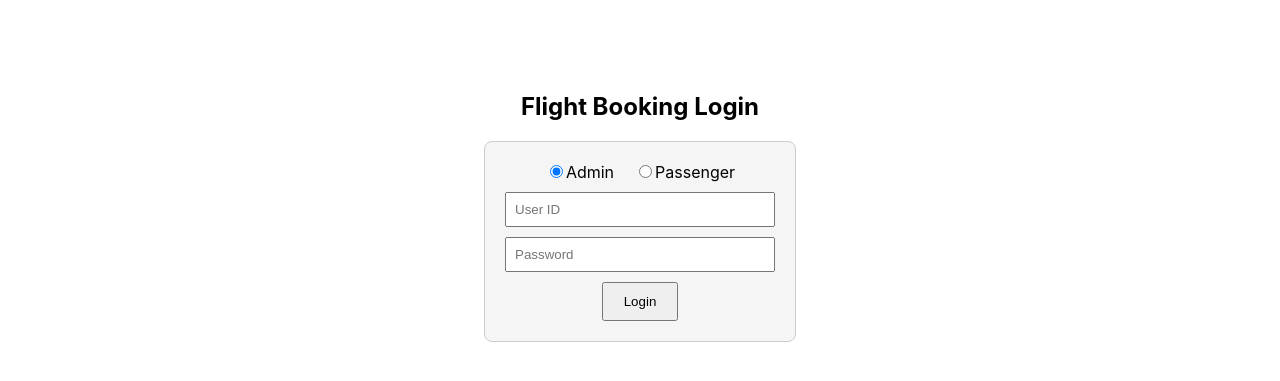
Repository: Shenes35/Booking-system
Page: / (app in frontend/)
The author's editor kept a copy of each file at every save. The page is drawn from the files as they stood at one save, then again after a run of saves.
The browser window is 1280 px wide. The pictures show the whole page.
The project was rebuilt for these pictures with package versions that can differ from the ones it lists, and the page was loaded fresh each time.

Above is the page before, as saved 2025-05-19 09:52:36.

### frontend/src/index.js
import React from 'react';
import ReactDOM from 'react-dom/client';
import './index.css';
import App from './App.jsx';       // ONLY one import of App
import reportWebVitals from './reportWebVitals';

const root = ReactDOM.createRoot(document.getElementById('root'));
root.render(
  <React.StrictMode>
    <App />
  </React.StrictMode>
);

reportWebVitals();

### frontend/src/App.jsx
import React, { useState } from 'react';
import LoginPage from './components/LoginPage';

const App = () => {
  const [userRole, setUserRole] = useState(null);

  if (!userRole) {
    return <LoginPage setUserRole={setUserRole} />;
  }

  return (
    <div>
      <h1>Welcome, {userRole}!</h1>
      {/* Add more UI or navigation here */}
    </div>
  );
};

export default App;

### frontend/src/components/LoginPage.jsx
import React, { useState } from 'react';

const LoginPage = ({ setUserRole }) => {
  const [role, setRole] = useState('admin');
  const [userId, setUserId] = useState('');
  const [password, setPassword] = useState('');

  const handleSubmit = (e) => {
    e.preventDefault();
    if (!userId || !password) {
      alert('Please enter User ID and Password');
      return;
    }
    setUserRole(role);
  };

  return (
    <div style={{ textAlign: 'center', paddingTop: '10vh' }}>
      <h2>Flight Booking Login</h2>
      <form onSubmit={handleSubmit} style={{ display: 'inline-block', padding: '20px', border: '1px solid #ccc', borderRadius: '8px', backgroundColor: '#f5f5f5' }}>
        <div>
          <label>
            <input type="radio" value="admin" checked={role === 'admin'} onChange={() => setRole('admin')} />
            Admin
          </label>
          <label style={{ marginLeft: '20px' }}>
            <input type="radio" value="passenger" checked={role === 'passenger'} onChange={() => setRole('passenger')} />
            Passenger
          </label>
        </div>
        <input
          type="text"
          placeholder="User ID"
          value={userId}
          onChange={(e) => setUserId(e.target.value)}
          style={{ display: 'block', margin: '10px 0', padding: '8px', width: '250px' }}
        />
        <input
          type="password"
          placeholder="Password"
          value={password}
          onChange={(e) => setPassword(e.target.value)}
          style={{ display: 'block', margin: '10px 0', padding: '8px', width: '250px' }}
        />
        <button type="submit" style={{ padding: '10px 20px' }}>Login</button>
      </form>
    </div>
  );
};

export default LoginPage;

Loaded but not shown: frontend/public/index.html (common file); frontend/src/index.css (common file); frontend/src/reportWebVitals.js (common file)

After the next 2 saves:
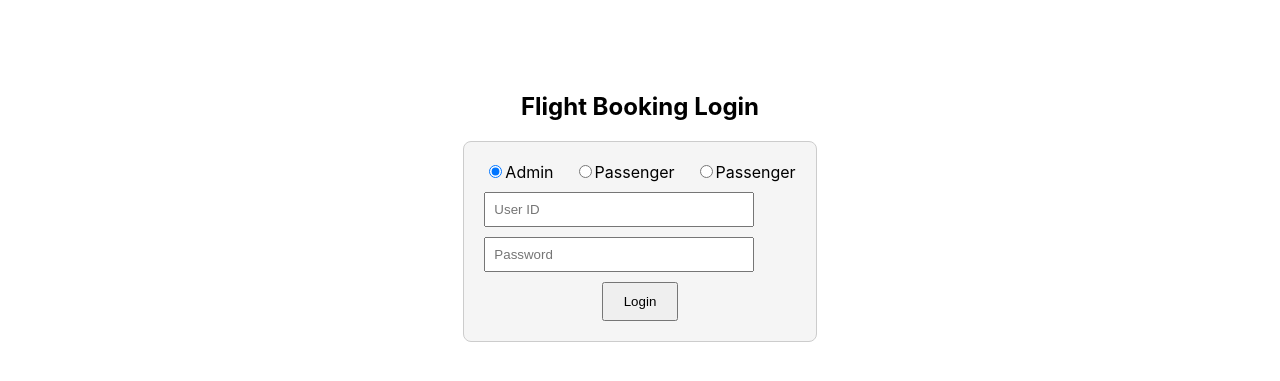
The 2 saves are shown as one change because they came seconds apart.
The last was saved 15 min 49 s later.
--- a/frontend/src/components/LoginPage.jsx
+++ b/frontend/src/components/LoginPage.jsx
@@ -27,6 +27,10 @@ const LoginPage = ({ setUserRole }) => {
             <input type="radio" value="passenger" checked={role === 'passenger'} onChange={() => setRole('passenger')} />
             Passenger
           </label>
+          <label style={{ marginLeft: '20px' }}>
+            <input type="radio" value="passenger" checked={role === 'passenger'} onChange={() => setRole('passenger')} />
+            Passenger
+          </label>
         </div>
         <input
           type="text"
